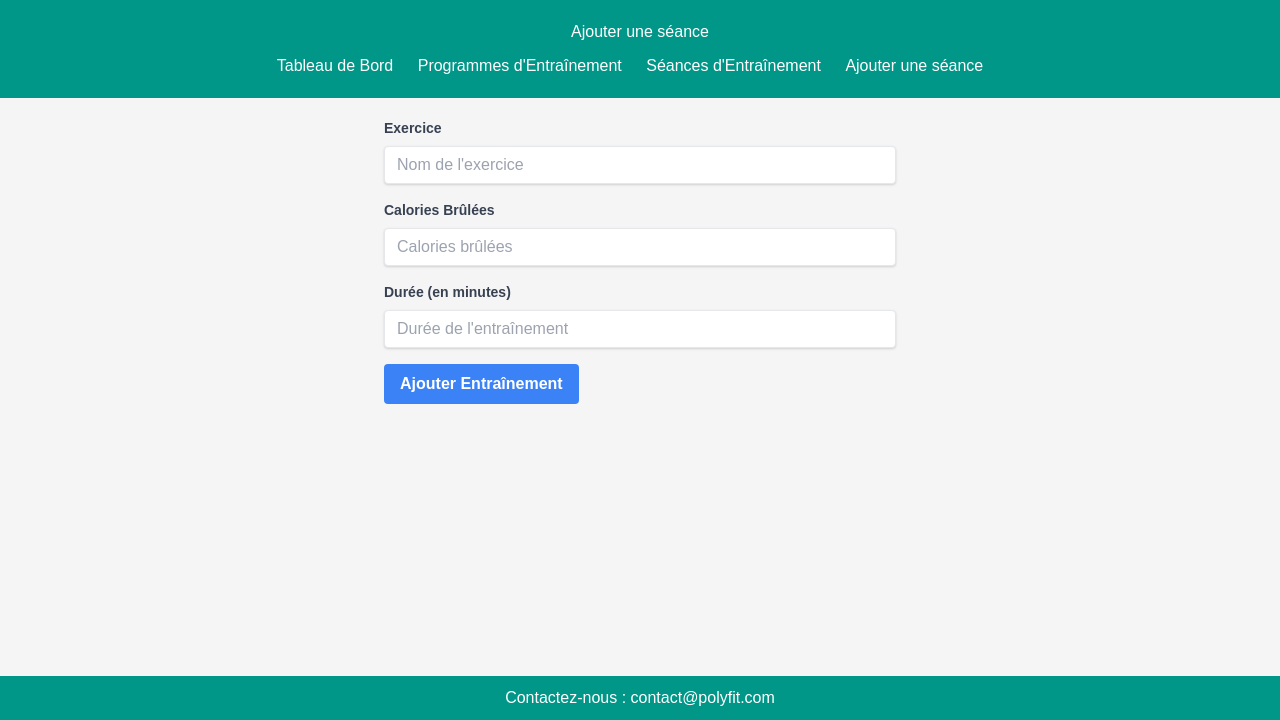
Repository: rimessouabni/polyfit
Page: src/main/resources/static/AddWorkout.html
The author's editor kept a copy of each file at every save. The page is drawn from the files as they stood at one save, then again after the next save.
The browser window is 1280 px wide. The pictures show the whole page.

Above is the page before, as saved 2024-03-18 15:40:57.

### src/main/resources/static/AddWorkout.html
<!DOCTYPE html>
<html lang="fr">
<head>
    <meta charset="UTF-8">
    <meta name="viewport" content="width=device-width, initial-scale=1.0">
    <title>PolyFit - Ajouter séance</title>
    <link href="https://cdn.jsdelivr.net/npm/tailwindcss@2.2.19/dist/tailwind.min.css" rel="stylesheet">
    <link rel="stylesheet" href="styles.css">
</head>
<body>
    <header>
        <h1>Ajouter une séance</h1>
        <nav>
            <ul>
                <li><a href="dashboard.html">Tableau de Bord</a></li>
                <li><a href="programs.html">Programmes d'Entraînement</a></li>
                <li><a href="workouts.html">Séances d'Entraînement</a></li>
                <li><a href="AddWorkout.html">Ajouter une séance</a></li>
            </ul>
        </nav>
    </header>

    <div class="container mx-auto py-8 px-4">
        <form class="max-w-lg mx-auto">
            <div class="mb-4">
                <label class="block text-gray-700 text-sm font-bold mb-2" for="exercise">Exercice</label>
                <input class="shadow appearance-none border rounded w-full py-2 px-3 text-gray-700 leading-tight focus:outline-none focus:shadow-outline" id="exercise" type="text" placeholder="Nom de l'exercice">
            </div>
            <div class="mb-4">
                <label class="block text-gray-700 text-sm font-bold mb-2" for="calories">Calories Brûlées</label>
                <input class="shadow appearance-none border rounded w-full py-2 px-3 text-gray-700 leading-tight focus:outline-none focus:shadow-outline" id="calories" type="number" placeholder="Calories brûlées">
            </div>
            <div class="mb-4">
                <label class="block text-gray-700 text-sm font-bold mb-2" for="duration">Durée (en minutes)</label>
                <input class="shadow appearance-none border rounded w-full py-2 px-3 text-gray-700 leading-tight focus:outline-none focus:shadow-outline" id="duration" type="number" placeholder="Durée de l'entraînement">
            </div>
            <div class="flex items-center justify-between">
                <button class="bg-blue-500 hover:bg-blue-700 text-white font-bold py-2 px-4 rounded focus:outline-none focus:shadow-outline" type="button">
                    Ajouter Entraînement
                </button>
            </div>
        </form>
    </div>

    <footer>
        <p>Contactez-nous : contact@polyfit.com</p>
    </footer>
</body>
</html>

### src/main/resources/static/styles.css
/* Reset des styles par défaut */
body, h1, h2, h3, p, ul, li {
    margin: 0;
    padding: 0;
}

body {
    font-family: Arial, sans-serif;
    background-color: #f5f5f5;
    color: #333;
}

header {
    background-color: #009688;
    color: #fff;
    padding: 20px;
    text-align: center;
}

header h1 {
    margin-bottom: 10px;
}

nav ul {
    list-style-type: none;
}

nav ul li {
    display: inline;
    margin-right: 20px;
}

nav ul li a {
    color: #fff;
    text-decoration: none;
}

.container {
    width: 80%;
    margin: 0 auto;
    padding: 20px;
}

.workout {
    background-color: #fff;
    border-radius: 5px;
    box-shadow: 0 0 10px rgba(0, 0, 0, 0.1);
    padding: 20px;
    margin-bottom: 20px;
}

.workout h3 {
    color: #009688;
    margin-bottom: 10px;
}

.workout p {
    color: #666;
    margin-bottom: 10px;
}

.workout ul {
    list-style-type: none;
}

.workout ul li {
    margin-bottom: 5px;
}

/* Styles pour les icônes */
.workout ul li img {
    width: 30px; /* Ajustez la taille des icônes ici */
    margin-right: 10px;
    vertical-align: middle;
}

footer {
    background-color: #009688;
    color: #fff;
    text-align: center;
    padding: 10px 0;
    position: fixed;
    width: 100%;
    bottom: 0;
}

After the next save:
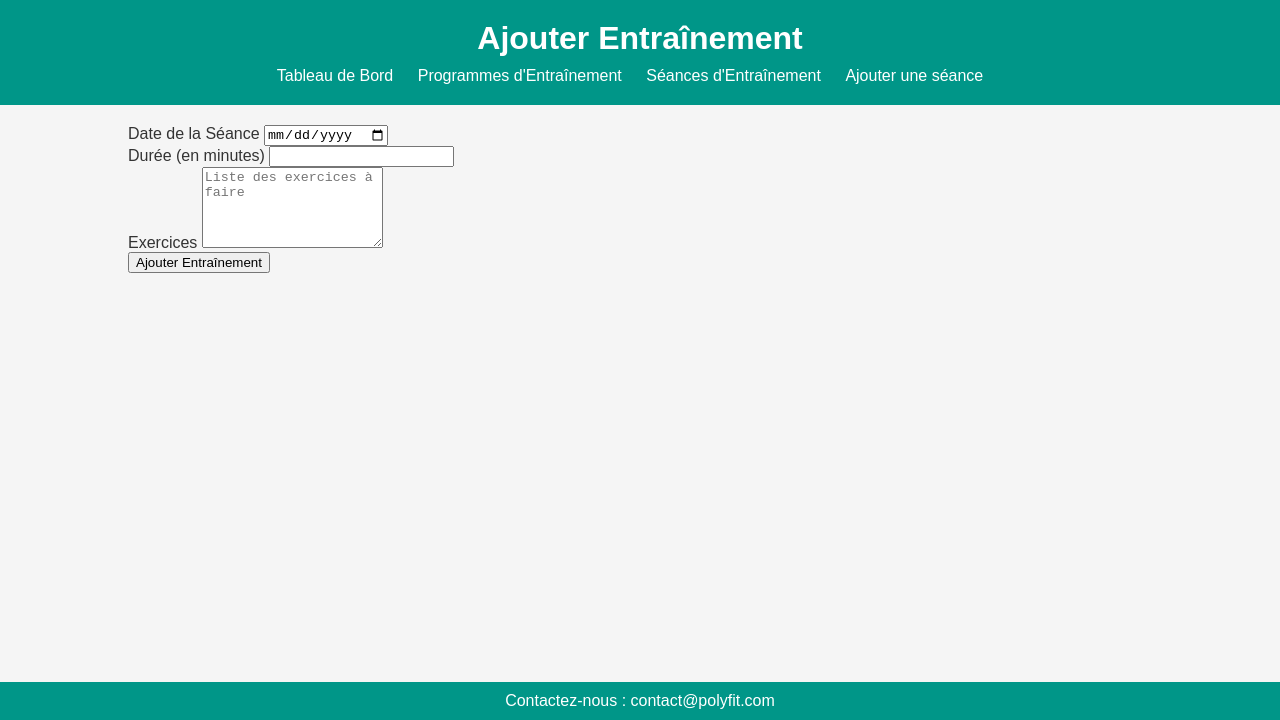
Saved 61 s later.
--- a/src/main/resources/static/AddWorkout.html
+++ b/src/main/resources/static/AddWorkout.html
@@ -3,13 +3,12 @@
 <head>
     <meta charset="UTF-8">
     <meta name="viewport" content="width=device-width, initial-scale=1.0">
-    <title>PolyFit - Ajouter séance</title>
-    <link href="https://cdn.jsdelivr.net/npm/tailwindcss@2.2.19/dist/tailwind.min.css" rel="stylesheet">
+    <title>PolyFit - Ajouter Entraînement</title>
     <link rel="stylesheet" href="styles.css">
 </head>
 <body>
     <header>
-        <h1>Ajouter une séance</h1>
+        <h1>Ajouter Entraînement</h1>
         <nav>
             <ul>
                 <li><a href="dashboard.html">Tableau de Bord</a></li>
@@ -20,25 +19,21 @@
         </nav>
     </header>
 
-    <div class="container mx-auto py-8 px-4">
-        <form class="max-w-lg mx-auto">
-            <div class="mb-4">
-                <label class="block text-gray-700 text-sm font-bold mb-2" for="exercise">Exercice</label>
-                <input class="shadow appearance-none border rounded w-full py-2 px-3 text-gray-700 leading-tight focus:outline-none focus:shadow-outline" id="exercise" type="text" placeholder="Nom de l'exercice">
+    <div class="container workouts-container">
+        <form class="workout-form">
+            <div class="form-group">
+                <label for="date">Date de la Séance</label>
+                <input type="date" id="date" name="date">
             </div>
-            <div class="mb-4">
-                <label class="block text-gray-700 text-sm font-bold mb-2" for="calories">Calories Brûlées</label>
-                <input class="shadow appearance-none border rounded w-full py-2 px-3 text-gray-700 leading-tight focus:outline-none focus:shadow-outline" id="calories" type="number" placeholder="Calories brûlées">
+            <div class="form-group">
+                <label for="duration">Durée (en minutes)</label>
+                <input type="number" id="duration" name="duration">
             </div>
-            <div class="mb-4">
-                <label class="block text-gray-700 text-sm font-bold mb-2" for="duration">Durée (en minutes)</label>
-                <input class="shadow appearance-none border rounded w-full py-2 px-3 text-gray-700 leading-tight focus:outline-none focus:shadow-outline" id="duration" type="number" placeholder="Durée de l'entraînement">
+            <div class="form-group">
+                <label for="exercises">Exercices</label>
+                <textarea id="exercises" name="exercises" rows="5" placeholder="Liste des exercices à faire"></textarea>
             </div>
-            <div class="flex items-center justify-between">
-                <button class="bg-blue-500 hover:bg-blue-700 text-white font-bold py-2 px-4 rounded focus:outline-none focus:shadow-outline" type="button">
-                    Ajouter Entraînement
-                </button>
-            </div>
+            <button type="submit">Ajouter Entraînement</button>
         </form>
     </div>
 
